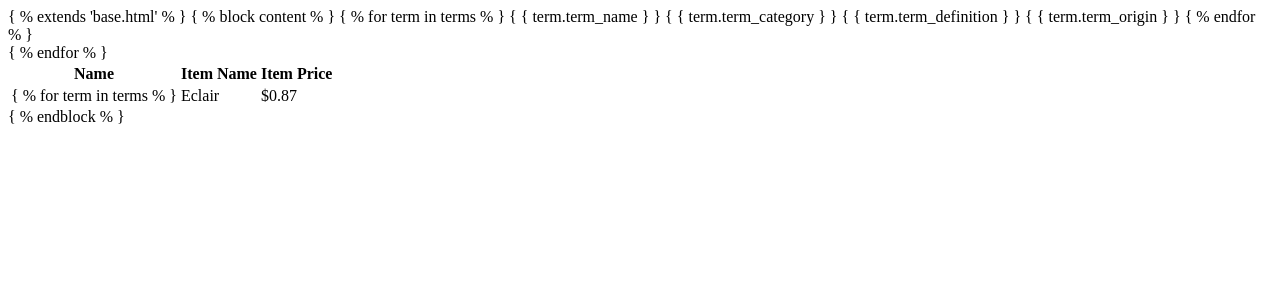
Repository: kalkiboru111/irish-dictionary-of-received-ideas
Page: http://localhost/
The author's editor kept a record of every edit. The page is drawn from the files as they stood at one moment, then again after the next edit.
The browser window is 1280 px wide. The pictures show the whole page.
The page is served by the project's application, run on Flask 3 (app.py). Queries for data that is not in the repository find no rows.

Above is the page before.

### templates/terms.html
{ % extends 'base.html' % }
{ % block content % }
{ % for term in terms % } { { term.term_name } } { { term.term_category } } { { term.term_definition } } { { term.term_origin } } { % endfor % }

<div class="container">
    <table class="striped centered responsive-table">
        <thead>
            <tr>
                <th>Name</th>
                <th>Item Name</th>
                <th>Item Price</th>
            </tr>
        </thead>

        <tbody>
            <tr>
                <td>
                    { % for term in terms % }
                </td>
                    { % endfor % }
                <td>Eclair</td>
                <td>$0.87</td>

            </tr>
        </tbody>
    </table>
</div>

{ % endblock % }

### app.py
import os
from flask import Flask, render_template, redirect, request, url_for
from flask_pymongo import PyMongo
from bson.objectid import ObjectId

app = Flask(__name__)

app.config['MONGO_DBNAME'] = 'irish_dictionary'
app.config["MONGO_URI"] = os.getenv("MONGO_URI")

mongo = PyMongo(app)

@app.route('/')

# View directs user to terms page
@app.route('/get_terms')
def get_terms():
    return render_template("terms.html", terms=mongo.db.terms.find())


if __name__ == '__main__':
    app.run(host=os.environ.get('IP'),
            port=int(os.environ.get('PORT')),
            debug=True)

After the next edit:
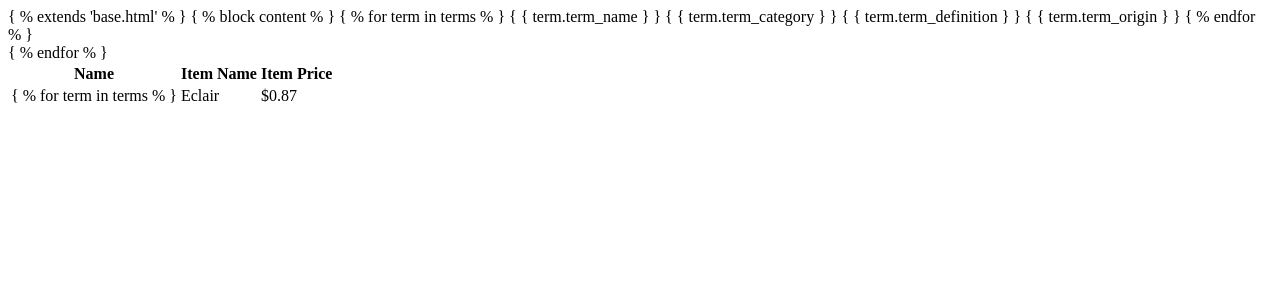
The edit:
--- a/templates/terms.html
+++ b/templates/terms.html
@@ -25,5 +25,3 @@
         </tbody>
     </table>
 </div>
-
-{ % endblock % }
